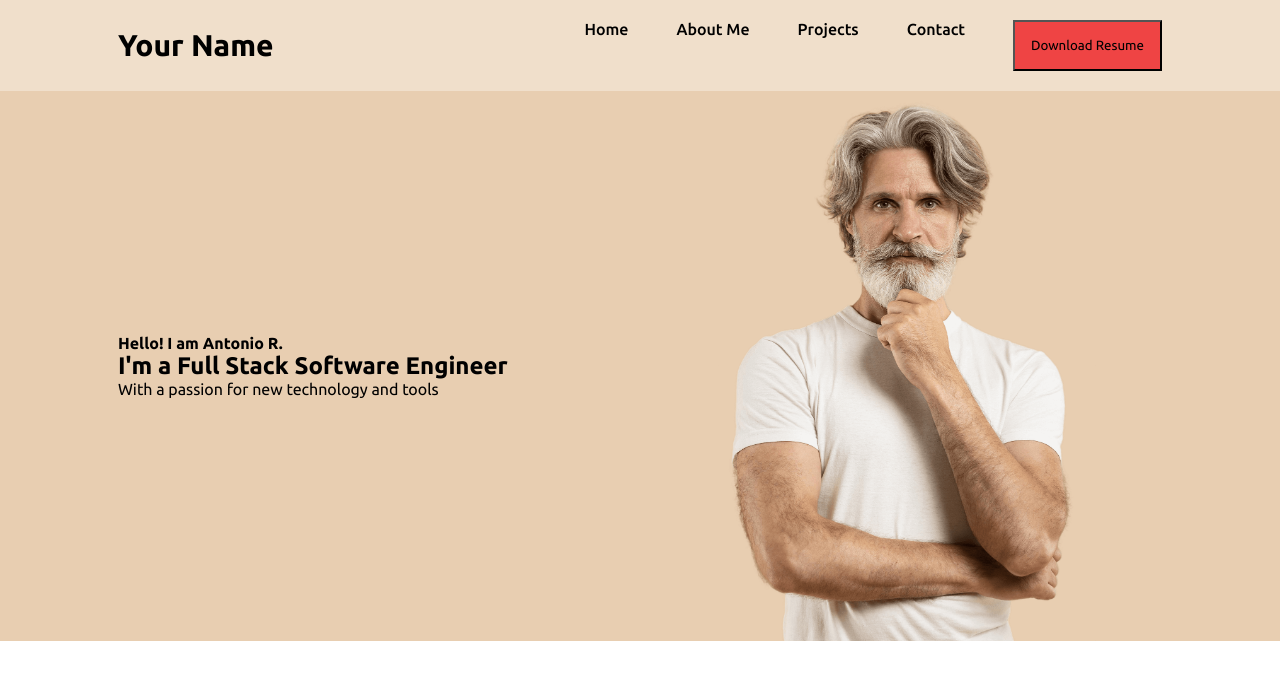
Repository: DevAntonioRogers/vanilla-portfolio
Page: index.html
These files come from the project's save history. The page is drawn as it stood at one moment and after the next save; the edit follows.
The browser window is 1280 px wide. The pictures show the whole page.

Above is the page before, as saved 2023-07-14 16:42:57.

### index.html
<!DOCTYPE html>
<html lang="en">
  <head>
    <meta charset="UTF-8" />
    <meta name="viewport" content="width=device-width, initial-scale=1.0" />
    <link rel="stylesheet" href="style.css" />
    <title>Antonio Rogers</title>
  </head>
  <body>
    <nav>
      <div class="container navbar">
        <a href="/" aria-label="Home"> <h1>Your Name</h1></a>
        <ul>
          <li>
            <a href="/" aria-label="Home">Home</a>
          </li>
          <li>
            <a href="/" aria-label="About Me">About Me</a>
          </li>
          <li>
            <a href="/" aria-label="Projects">Projects</a>
          </li>
          <li>
            <a href="/" aria-label="Contact">Contact</a>
          </li>
          <li>
            <a href="/resume.pdf" download aria-label="Download Resume">
              <button class="navbar-button">Download Resume</button>
            </a>
          </li>
        </ul>
      </div>
    </nav>

    <section class="hero">
      <div class="container hero-container">
        <div>
          <h4>Hello! I am Antonio R.</h4>
          <h1>I'm a Full Stack Software Engineer</h1>
          <p>With a passion for new technology and tools</p>
        </div>

        <div class="hero-image-container">
          <img src="./01.png" alt="" />
        </div>
      </div>
    </section>
  </body>
</html>

### style.css
@import url("https://fonts.googleapis.com/css2?family=Ubuntu:wght@300;400;500;700&display=swap");

* {
  box-sizing: border-box;
  padding: 0;
  margin: 0;
  font-family: "Ubuntu", sans-serif;
}

a {
  text-decoration: none;
  color: inherit;
}

li {
  list-style: none;
}

.container {
  width: 89%;
  margin: auto;
  max-width: 1044px;
}

/* NAVBAR STYLING */

nav {
  background: #f0dfcb;
  padding: 20px 0;
}

.navbar {
  display: flex;
  justify-content: space-between;
  align-items: center;
}

.navbar h1 {
  font-size: 30px;
  font-weight: 700;
}

.navbar ul {
  display: flex;
  gap: 3rem;
}

.navbar ul li {
  font-weight: 500;
}

.navbar-button {
  background-color: #ef4444;
  padding: 1rem;
}

/* HERO STYLES */

.hero {
  background-color: #e8ceb1;
}

.hero-container {
  display: grid;
  grid-template-columns: repeat(2, minmax(0, 1fr));
  align-items: center;
  gap: 1.5rem;
}

.hero-image-container {
  display: flex;
  justify-content: center;
  align-items: center;
}

.hero-container img {
  height: 550px;
  position: relative;
}

After the next save:
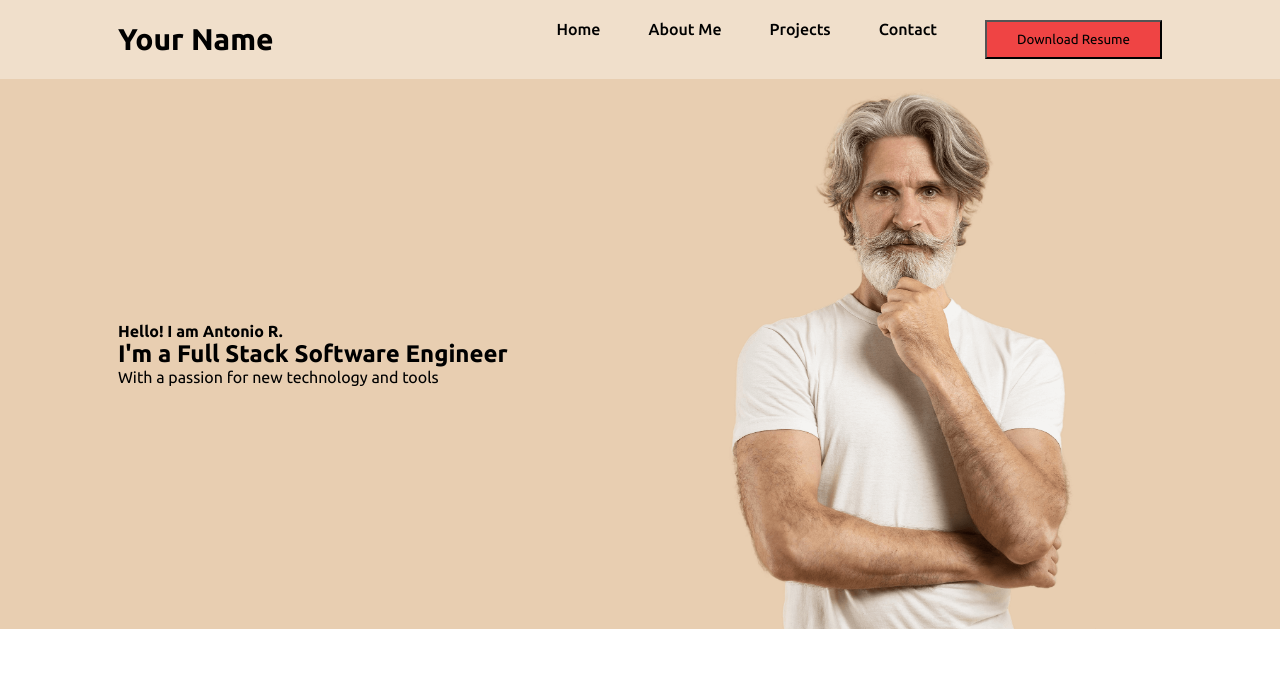
Saved 21 s later.
--- a/style.css
+++ b/style.css
@@ -51,7 +51,7 @@ nav {
 
 .navbar-button {
   background-color: #ef4444;
-  padding: 1rem;
+  padding: 10px 30px;
 }
 
 /* HERO STYLES */
